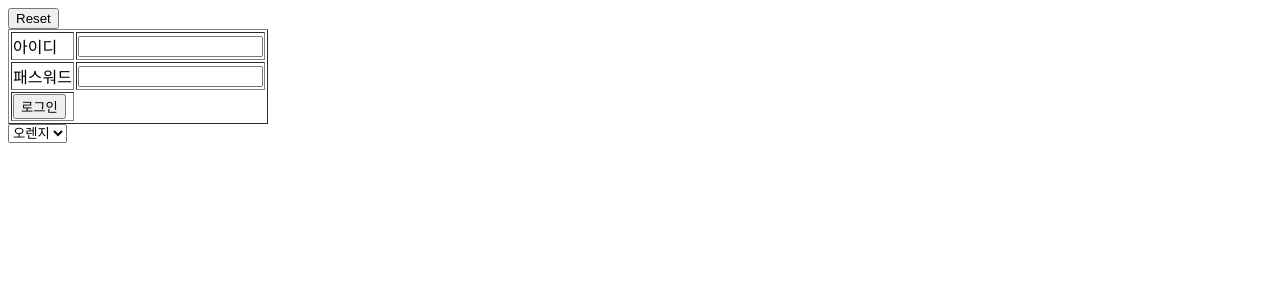
Repository: kisunssong/jsp
Page: test/WebContent/form.tag.htm
These files come from the project's save history. The page is drawn as it stood at one moment and after the next save; the edit follows.
The browser window is 1280 px wide. The pictures show the whole page.

Above is the page before, as saved 2020-11-16 12:25:15.

After the next save:
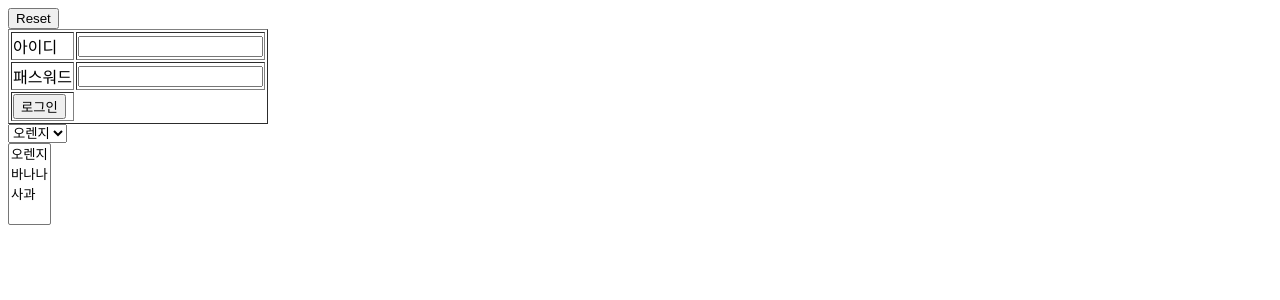
Saved 57 s later.
--- a/test/WebContent/form.tag.htm
+++ b/test/WebContent/form.tag.htm
@@ -78,7 +78,12 @@
     	<option value="banana">바나나</option>
     	<option value="apple">사과</option>
     </select>
-
+    <br>
+    <select name="choice" multiple>
+        <option value="orange">오렌지</option>
+    	<option value="banana">바나나</option>
+    	<option value="apple">사과</option>
+    </select>
     </form>
 </body>
 </html>
